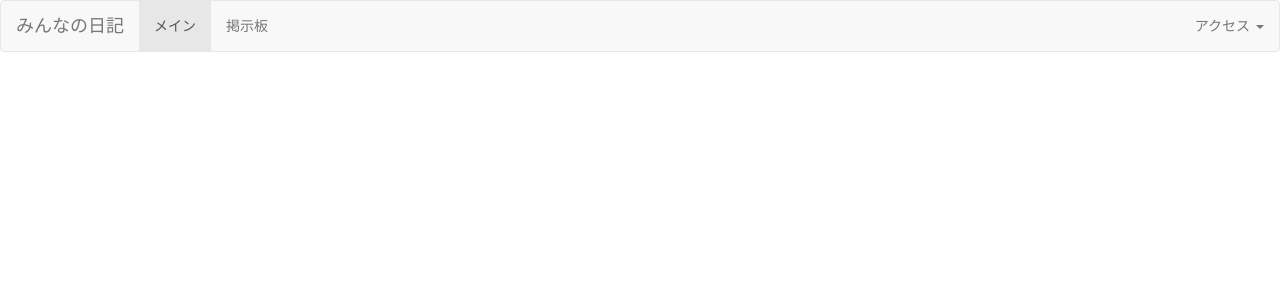
Repository: dengpu/JSP
Page: http://localhost/BBS/bbs.jsp
The author's editor kept a copy of each file at every save. The page is drawn from the files as they stood at one save, then again after the next save.
The browser window is 1280 px wide. The pictures show the whole page.
Some web libraries are served in a nearby version. The page is served by Tomcat 9.

Above is the page before, as saved 2017-05-15 07:50:16.

After the next save:
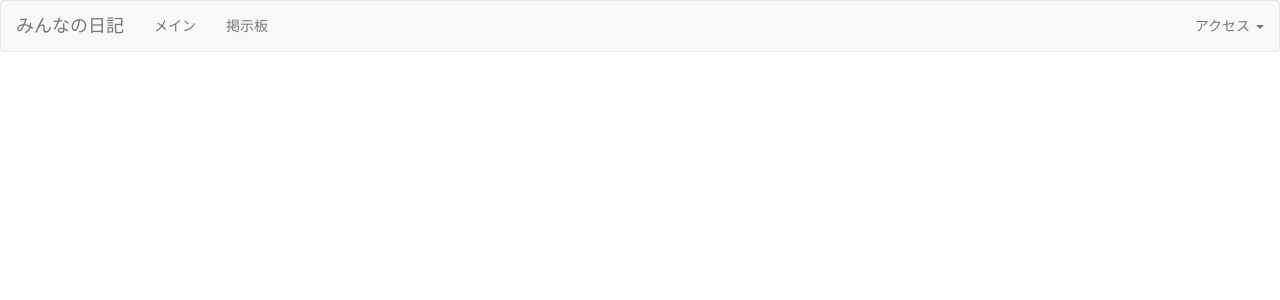
Saved 10 s later.
--- a/BBS/WebContent/bbs.jsp
+++ b/BBS/WebContent/bbs.jsp
@@ -31,7 +31,7 @@
 		<div class="collapse navbar-collapse"
 			id="bs-example-navbar-collapse-1">
 			<ul class="nav navbar-nav ">
-				<li class="active"><a href="main.jsp">メイン</a></li>
+				<li><a href="main.jsp">メイン</a></li>
 				<li><a href="bbs.jsp">掲示板</a></li>
 			</ul>
 
